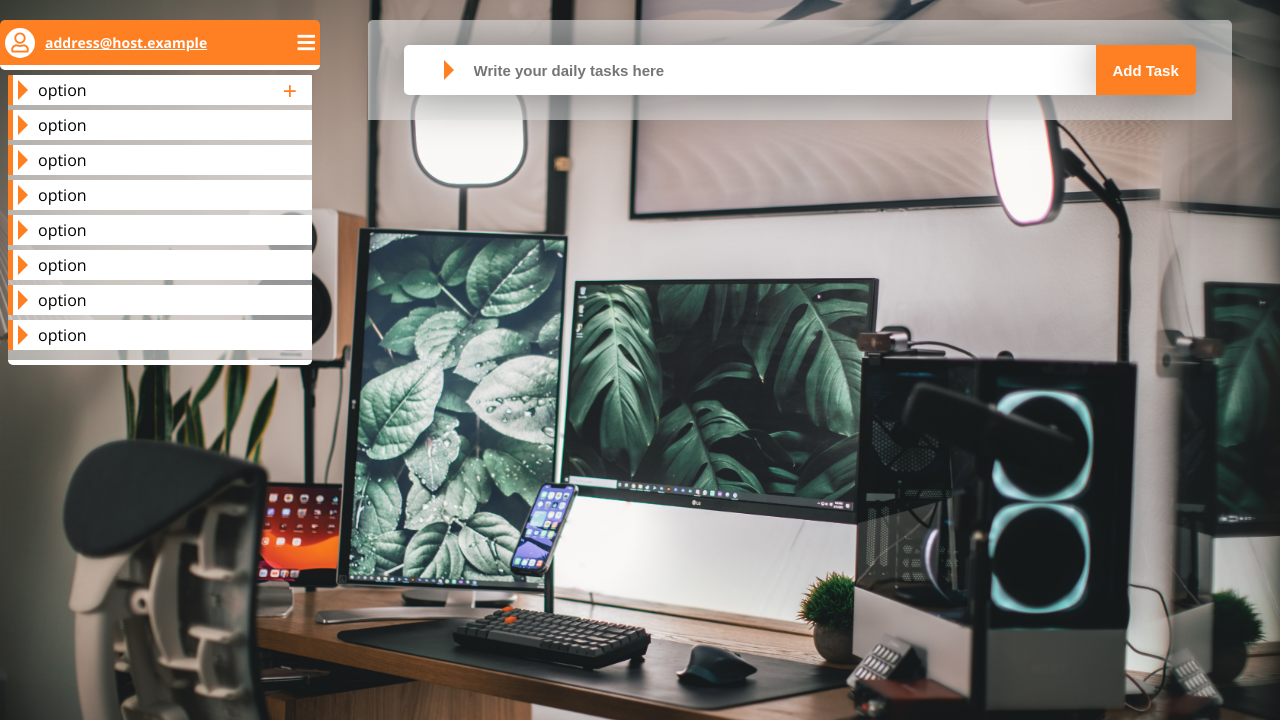
Repository: OmarEssameldinMousa/To-do-list-level01
Page: index.html
An editor plug-in stored every save of this project. The page is shown before and after the next save, followed by the edit.
The browser window is 1280 px wide. The pictures show the whole page.

Above is the page before, as saved 2023-08-10 00:32:36.

### index.html
<!DOCTYPE html>
<html lang="en">

<head>
    <meta charset="UTF-8">
    <meta name="viewport" content="width=device-width, initial-scale=1.0">
    <title>ToDo</title>
    <link rel="stylesheet" href="main.css">
    <link rel="preconnect" href="https://fonts.gstatic.com" />
    <link rel="stylesheet" href="css/all.min.css">
    <link href="https://fonts.googleapis.com/css2?family=Open+Sans:wght@400;700&display=swap" rel="stylesheet" />
</head>

<body>
    <div class="dashboard">
        <div class="nav">
            <div class="navigation">
                <div class="profile">
                    <div class="profile-pic">
                        <i class="fa-regular fa-user"></i>
                    </div>
                    <h3>address@host.example</h3>
                    <i class="fa-solid fa-bars" style="color: #ffffff;"></i>
                    <!-- <i class="fa-solid fa-bars second" style="color: #ffffff;"></i> -->
                    <!-- <i class="fa-solid fa-arrow-right" style="color: #ffffff;"></i>
                    <i class="fa-solid fa-arrow-left" style="color: #ffffff;"></i> -->
                </div>
                <ul>
                    <li>
                        <span class="toggle"></span>
                        <span class="title">option</span>
                        <i class="fa-solid fa-plus"></i>
                    </li>
                    <li>
                        <span class="toggle"></span>
                        <span class="title">option</span>
                    </li>
                    <li>
                        <span class="toggle"></span>
                        <span class="title">option</span>
                    </li>
                    <li>
                        <span class="toggle"></span>
                        <span class="title">option</span>
                    </li>
                    <li>
                        <span class="toggle"></span>
                        <span class="title">option</span>
                    </li>
                    <li>
                        <span class="toggle"></span>
                        <span class="title">option</span>
                    </li>
                    <li>
                        <span class="toggle"></span>
                        <span class="title">option</span>
                    </li>
                    <li>
                        <span class="toggle"></span>
                        <span class="title">option</span>
                    </li>
                </ul>
            </div>
        </div>
        <div class="workstation">
            <div class="container">
                <div class="form">
                    <div>
                        <span></span>
                        <input type="text" class="input" placeholder="Write your daily tasks here">
                    </div>
                    <input type="submit" class="add" value="Add Task">
                </div>
                <!-- separator -->
                <div class="tasks">
                    <div class="tasks-numbers">

                    </div>
                    <div class="tasks-container">

                    </div>
                </div>
            </div>
        </div>
    </div>
    <script src="main.js"></script>
</body>

</html>

### main.css
:root {
    --main-color: rgba(235, 235, 235, 0.6);
    --secondery-color: #ff7f23;
}

* {
    -webkit-box-sizing: border-box;
    -moz-box-sizing: border-box;
    box-sizing: border-box;
    padding: 0;
    margin: 0;
}

body {
    font-family: "Open Sans", sans-serif;
    background-image: url(backgroundimage.jpg);
    background-repeat: no-repeat;
    background-size: cover;
    position: relative;
    height: 100%;
}


ul {
    list-style: none;
}


.dashboard {
    display: flex;
    height: 100%;
    width: 100%;
    column-gap: 0px;
}

.nav {
    width: 25%;
    height: 100%;
    position: relative;
    margin-top: 20px;
    border-radius: 5px;
}

.nav .navigation {
    height: 100%;
    width: 100%;

    position: relative;
}

.nav .navigation .profile {
    width: 100%;
    height: 50px;
    background-color: var(--secondery-color);
    display: flex;
    align-items: center;
    border-bottom: 5px solid white;
    border-radius: 5px;
}

.nav .navigation .profile .profile-pic {
    border-radius: 50%;
    background-color: white;
    height: 30px;
    width: 30px;
    display: flex;
    align-items: center;
    justify-content: center;
    margin-left: 5px;
}

.nav .navigation .profile i {
    font-size: 20px;
    color: var(--secondery-color);
}

.nav .navigation .profile h3 {
    font-size: 14px;
    padding-left: 10px;
    text-decoration: underline;
    color: white;
}

.nav .navigation ul {
    width: 95%;
    margin: auto;
    margin-top: 5px;
    padding-bottom: 5px;
    position: relative;
    top: 0;
    background: var(--main-color);
    border-radius: 5px;
    border-bottom: 5px solid white;
    transition: display 0.3s ease-in-out;
}

.nav .navigation ul li {
    padding: 5px;
    height: 30px;
    background-color: white;
    margin-bottom: 5px;
    border-radius: 1px;
    border-left: 5px solid #ff7f23;
    display: flex;
    align-items: center;
    transition: 0.3s;
}


.nav .navigation ul li:hover .toggle {
    padding-left: 10px;
}

.fa-solid.fa-plus {
    position: absolute;
    right: 15px;
    font-size: 25px;
    color: #ff7f23;
    font-weight: bold;
}

li .toggle {
    border: 10px solid var(--secondery-color);
    border-color: transparent transparent transparent #ff7f23;
    transition: 0.3s;
}

.workstation {
    height: 100%;
    position: relative;
    flex: 1;
}

.container {
    width: 100%;
    min-height: 50px;
    background-color: transparent;
    z-index: 1;
    position: absolute;
}

.container .form {
    width: 90%;
    height: 100px;
    background-color: var(--main-color);
    margin: 20px auto;
    border-top-right-radius: 5px;
    border-top-left-radius: 5px;
    text-align: center;
    position: relative;
    display: flex;
    justify-content: center;
    align-items: center;
}

.container .tasks {
    width: 90%;
    background-color: var(--main-color);
    margin: 20px auto;
    display: flex;
    border-bottom-left-radius: 5px;
    border-bottom-right-radius: 5px;
}

.container .form .input,
.container .form .add {
    display: block;
    height: 50px;
}

.container .form div {
    width: 80%;
    border-bottom-left-radius: 5px;
    border-top-left-radius: 5px;
    border: 0px solid;
    box-shadow: -5px 0 50px 0px #00000073;
    background-color: white;
    display: flex;
    justify-content: flex-end;
    align-items: center;
}

.container .form div span {
    border: 10px solid #ff7f23;
    border-color: transparent transparent transparent #ff7f23;
    margin-right: 10px;
}

.container .form div .input {
    outline: 0;
    font-size: 15px;
    border: 0px solid;
    font-weight: bold;
    width: 90%;
}

.container .form .add {
    width: 100px;
    border: 0px solid;
    background-color: #ff7f23;
    color: white;
    font-weight: bold;
    font-size: 15px;
    border-bottom-right-radius: 5px;
    border-top-right-radius: 5px;
    box-shadow: 5px 0 50px 0px #00000073;
}

.container .tasks .tasks-container {
    width: 80%;
    display: flex;
    flex-direction: column;
    align-items: center;
    align-content: center;
    flex: 1;
}

.container .tasks .tasks-container .task {
    width: 80%;
    height: 50px;
    border-radius: 5px;
    border: 0px solid;
    box-shadow: -5px 0 50px 0px #00000073;
    background-color: white;
    margin: 10px 0;
    position: relative;
    display: flex;
    align-items: center;
}

.container .tasks .tasks-container .task i {
    margin-left: 10px;
    margin-right: 10px;
    color: var(--secondery-color);
}


.container .tasks .tasks-container .task::after {
    content: "";
    width: 10%;
    height: 100%;
    background-color: #ff7f23;
    position: absolute;
    top: 0;
    left: 90%;
    z-index: 0;
    border-top-right-radius: 5px;
    border-bottom-right-radius: 5px;
}

.container .tasks .tasks-container .task i:first-of-type {
    position: absolute;
    right: 4%;
    top: 50%;
    transform: translateY(-50%);
    color: white;
    z-index: 1;
    font-size: 20px;
}

.container .tasks .tasks-container .task i:last-of-type {
    position: absolute;
    right: 0%;
    top: 50%;
    transform: translateY(-50%);
    color: white;
    z-index: 1;
    font-size: 20px;
}

.container .tasks .tasks-numbers {
    width: 50px;
    display: flex;
    align-items: center;
    flex-direction: column;
}


.tasks-numbers .repated-line-circle {
    width: 2px;
    height: 70px;
}

.tasks-numbers .line-circle {
    display: flex;
    flex-direction: column;
    width: 100%;
    height: 100%;
    justify-content: space-between;
    align-items: center;
}

.tasks-numbers .line-circle .upper-line {
    width: 100%;
    height: 40%;
    background-color: white;
}

.tasks-numbers .line-circle .circle {
    font-family: 'VT323', monospace;
    width: 20px;
    height: 20px;
    background-color: #ff7f23;
    border-radius: 50%;
    text-align: center;
    position: relative;
    transition: 0.3s;
    animation: gradient-animation 5s infinite alternate;
    border: 1px solid white;
}


.tasks-numbers .line-circle .circle p {
    position: absolute;
    left: 50%;
    top: 50%;
    transform: translate(-50%, -50%);
    font-size: 14px;
    color: white;
}

.line-circle .circle p a {
    text-decoration: none;
}

.tasks-numbers .line-circle .lower-line {
    width: 2px;
    height: 40%;
    background-color: white;
}

.nav .navigation .profile i.fa-solid.fa-bars {
    position: absolute;
    right: 5px;
}


@media (max-width: 767px) {
    body {
        background-image: none;
    }

    .dashboard {
        flex-direction: column;
    }

    .nav {
        width: 100% !important;
        height: 50px;
        z-index: 2;
    }

    .navigation {
        width: 100%;
        position: absolute;
        background-color: #ff7f23;
    }

    .nav .navigation ul {
        width: 100%;
        display: none;
    }

    .nav .navigation ul li {
        border: none;
        margin: 0;
    }

    .navigation .footer {
        display: none;
    }

    .nav .navigation .profile i.fa-solid.fa-bars {
        display: inline-block;
    }

    .nav .navigation .profile i.fa-solid.fa-bars.second {
        display: none;
    }
}

/* Small */
@media (min-width: 768px) {}

/* Medium */
@media (min-width: 992px) {}

/* Large */
@media (min-width: 1200px) {}

### main.js
let counter = 1;
let counterarray = [];
let tasksDiv = document.querySelector(".tasks-container");
let tasksnumbersDiv = document.querySelector(".tasks-numbers");
let inputbox = document.querySelector(".input");
let inputboxValue = inputbox.value;
let inputbtn = document.querySelector(".add");
let idtentity = 0;
let list = [];
let menu_bars = document.querySelector("i.fa-solid.fa-bars")
let optionsul = document.querySelector(".nav .navigation ul")
let menu_bars2 = document.querySelector("i.fa-solid.fa-bars.second")
let navdiv = document.querySelector(".nav")

function createTaskDiv_NumberDiv() {
    if (inputbox.value != "") {
        let inputbox = document.querySelector(".input");
        let inputboxValue = inputbox.value;
        counterarray.push(counter);
        // craeting task divs
        let taskDiv = document.createElement("div");
        taskDiv.className = "task";
        let i1 = document.createElement("i");
        i1.className = "fa-regular fa-square-check";
        let i2 = document.createElement("i");
        i2.className = "fa-solid fa-clock";
        let i3 = document.createElement("i");
        i3.className = "fa-regular fa-trash-can";
        i3.setAttribute("index", counterarray.length - 1);
        let tasktitle = document.createElement("h4");
        tasktitle.innerHTML = inputboxValue;
        // nesting all childs under each parent
        tasksDiv.appendChild(taskDiv);
        taskDiv.appendChild(i1);
        taskDiv.appendChild(i2);
        taskDiv.appendChild(i3);
        taskDiv.appendChild(tasktitle);
        //creating the numbering divs
        let repatedlinecircleDiv = document.createElement("div");
        repatedlinecircleDiv.className = "repated-line-circle";
        let linecirclediv = document.createElement("div");
        linecirclediv.className = "line-circle";
        let upperlinediv = document.createElement("div");
        upperlinediv.className = "upper-line";
        let circlediv = document.createElement("div");
        circlediv.className = "circle";
        let circleparacontent = document.createElement("p");
        circleparacontent.innerHTML = `${counterarray.length}`;
        let lowerlinediv = document.createElement("div");
        lowerlinediv.className = "lower-line";
        //nesting all childs under each parent
        tasksnumbersDiv.appendChild(repatedlinecircleDiv);
        repatedlinecircleDiv.appendChild(linecirclediv);
        linecirclediv.appendChild(upperlinediv);
        linecirclediv.appendChild(circlediv);
        circlediv.appendChild(circleparacontent);
        linecirclediv.appendChild(lowerlinediv);
        // after adjustments
        list.push({ "id": idtentity, "title": inputbox.value, });
        window.localStorage.setItem("tasks", JSON.stringify(list));
        inputbox.value = "";
        counter++;
        idtentity++;
        inputbox.focus();
    }
}

inputbtn.addEventListener("click", createTaskDiv_NumberDiv);

document.addEventListener("click", function (e) {
    if (e.target.className === "fa-regular fa-trash-can") {
        let n = 1;
        // deleting from BOM - local storage
        let storedTasks = JSON.parse(window.localStorage.getItem("tasks"))
        storedTasks.filter(a => a.id != e.index);
        list = storedTasks;
        window.localStorage.clear()
        window.localStorage.setItem("tasks", JSON.stringify(storedTasks));
        // deleting from the DOM
        e.target.parentElement.parentElement.previousElementSibling.lastChild.remove();
        counterarray.pop();
        counter--;
        e.target.parentElement.remove();
        document.querySelectorAll(".circle p").forEach(element => {
            element.innerHTML = n;
            n++;
        });
    }
})

// menu_bars.addEventListener("click", function () {
//     if (optionsul.style.display == "block") {
//         optionsul.style.display = "none"
//     } else {
//         optionsul.style.display = "block"
//     }
// })
// menu_bars.addEventListener("click", function () {
//     if (optionsul.style.display == "block") {
//         optionsul.style.display = "none";
//     } else {
//         optionsul.style.display = "block";
//     }
// });

Loaded but not shown: css/all.min.css (library)

After the next save:
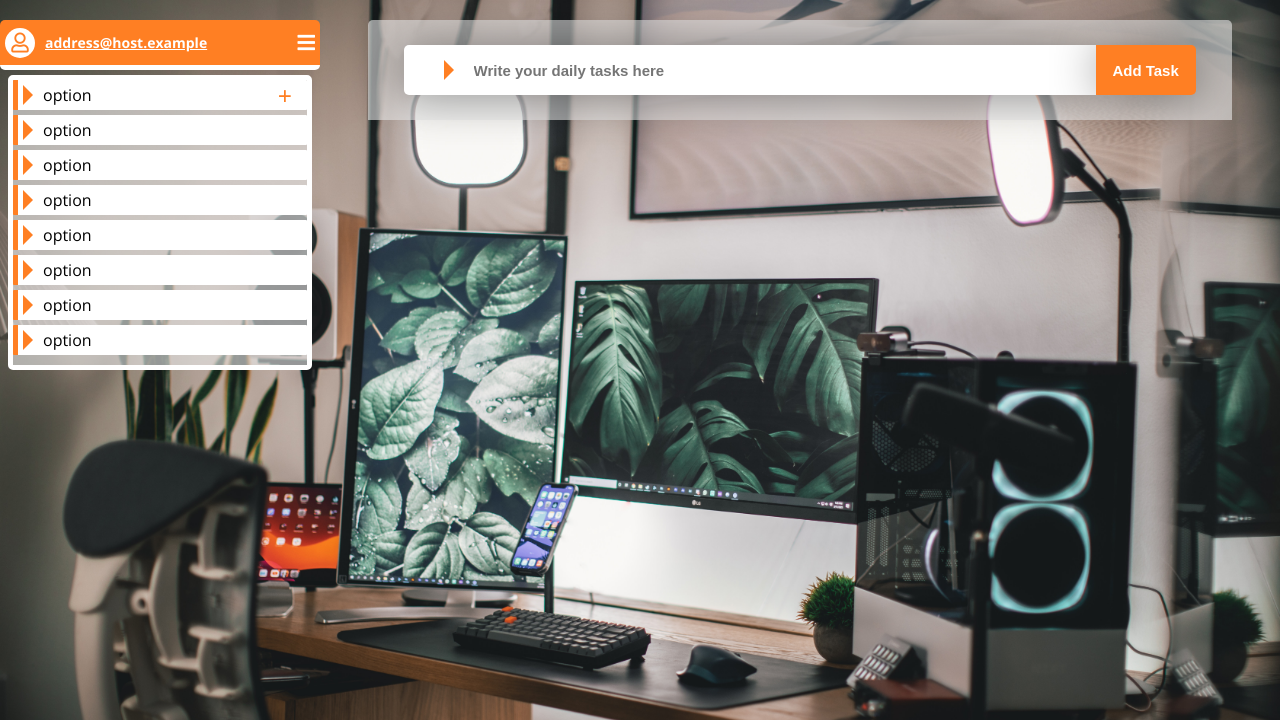
Saved 40 s later.
--- a/main.css
+++ b/main.css
@@ -90,7 +90,7 @@ ul {
     top: 0;
     background: var(--main-color);
     border-radius: 5px;
-    border-bottom: 5px solid white;
+    border: 5px solid white;
     transition: display 0.3s ease-in-out;
 }
 
